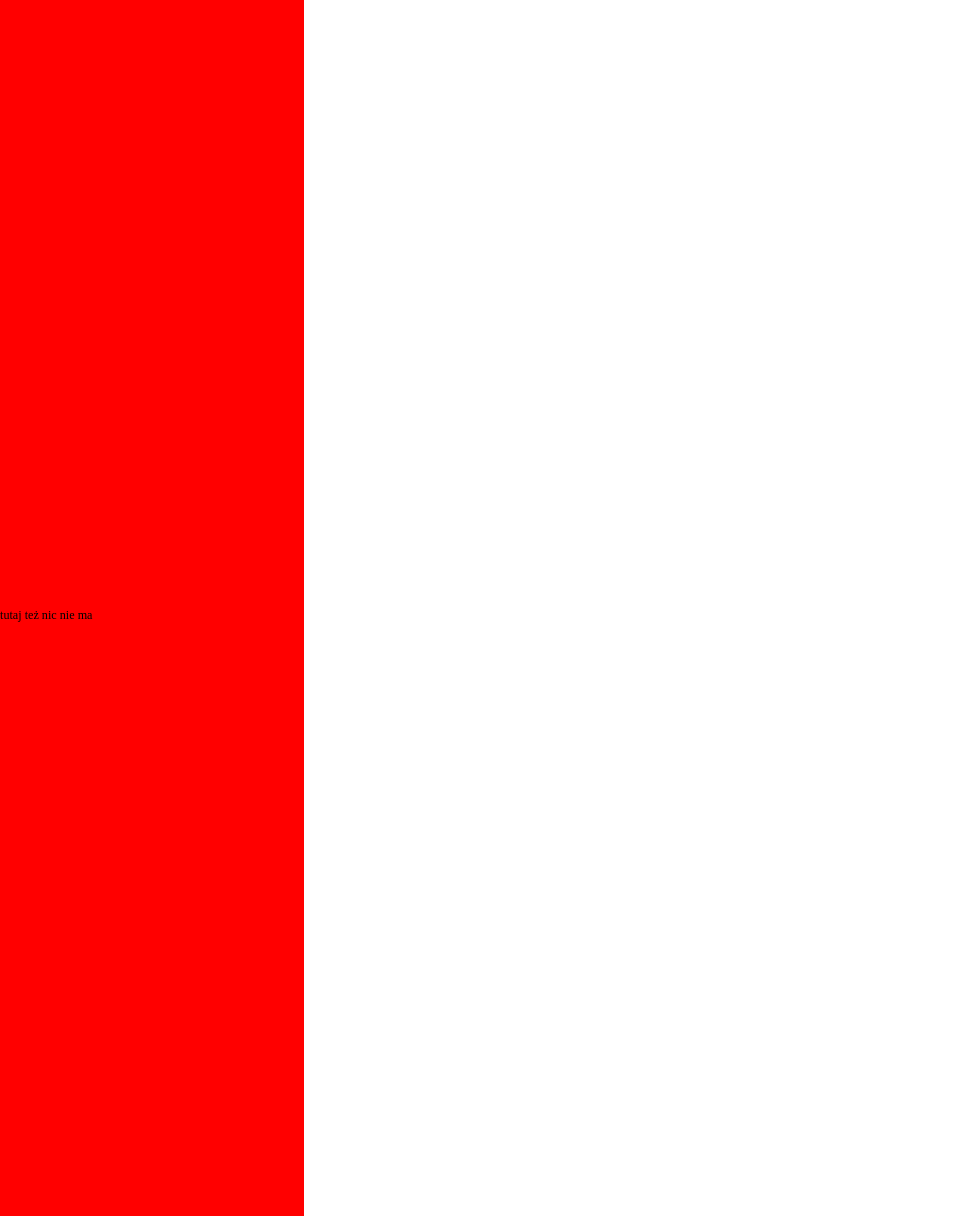
Repository: Ryszard-Penkala/Canvas-p5
Page: index.html
The author's editor kept a copy of each file at every save. The page is drawn from the files as they stood at one save, then again after the next save.
The browser window is 1280 px wide. The pictures show the whole page, at 76% of full size.
Some web libraries are served in a nearby version.

Above is the page before, as saved 2020-07-06 06:56:55.
Console error: SyntaxError: Unexpected token '}'

### index.html
<!DOCTYPE html>
<html lang="en">
<head>
    <meta charset="UTF-8">
    <meta name="viewport" content="width=device-width, initial-scale=1.0">
    <link rel="stylesheet" href="./assets/styles/style.css">
    <script src="https://cdnjs.cloudflare.com/ajax/libs/p5.js/1.0.0/p5.min.js"></script>
    <title>p5</title>
</head>
<body>
    <div class="canvas" id="canvasik"></div>
    <div class="canvas" >tutaj też nic nie ma</div>


<script src="./assets/js/index.js"></script>
</body>
</html>

### assets/styles/style.css
*,
*::before,
*::after {
  margin: 0;
  padding: 0;
  -webkit-box-sizing: border-box;
          box-sizing: border-box;
}

.canvas {
  width: 400px;
  height: 800px;
  background-color: red;
}
/*# sourceMappingURL=style.css.map */

### assets/js/index.js
console.log('siema');
const canvas = document.getElementById('canvasik');

function setup() {
    let myCanvas = createCanvas(100, 100);
    myCanvas.
  }
resizeCanvas(canvas.offsetHeight, canvas.clientWidth)

function draw() {
    background(220);
  }

After the next save:
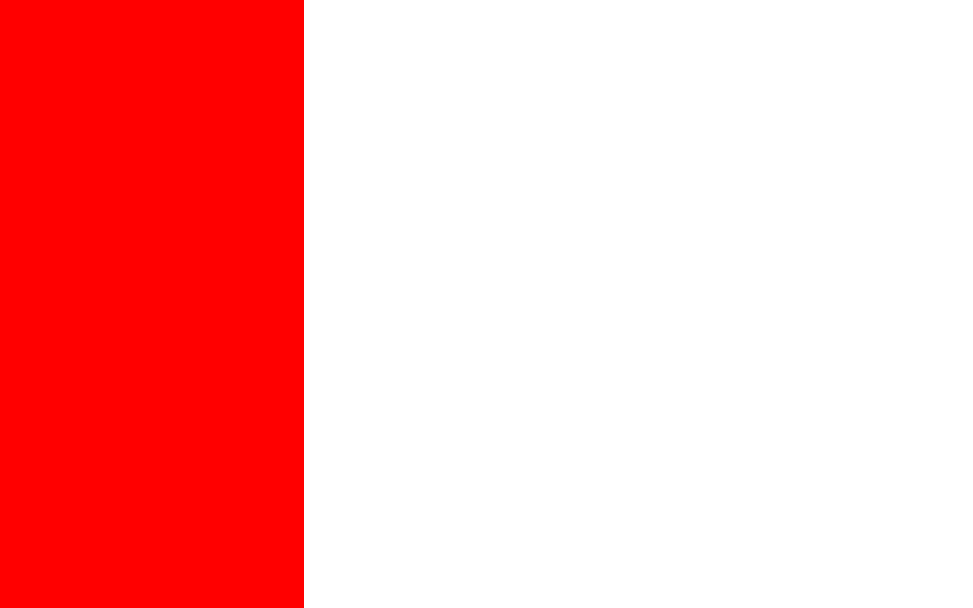
Saved 11 s later.
--- a/index.html
+++ b/index.html
@@ -9,7 +9,6 @@
 </head>
 <body>
     <div class="canvas" id="canvasik"></div>
-    <div class="canvas" >tutaj też nic nie ma</div>
 
 
 <script src="./assets/js/index.js"></script>
